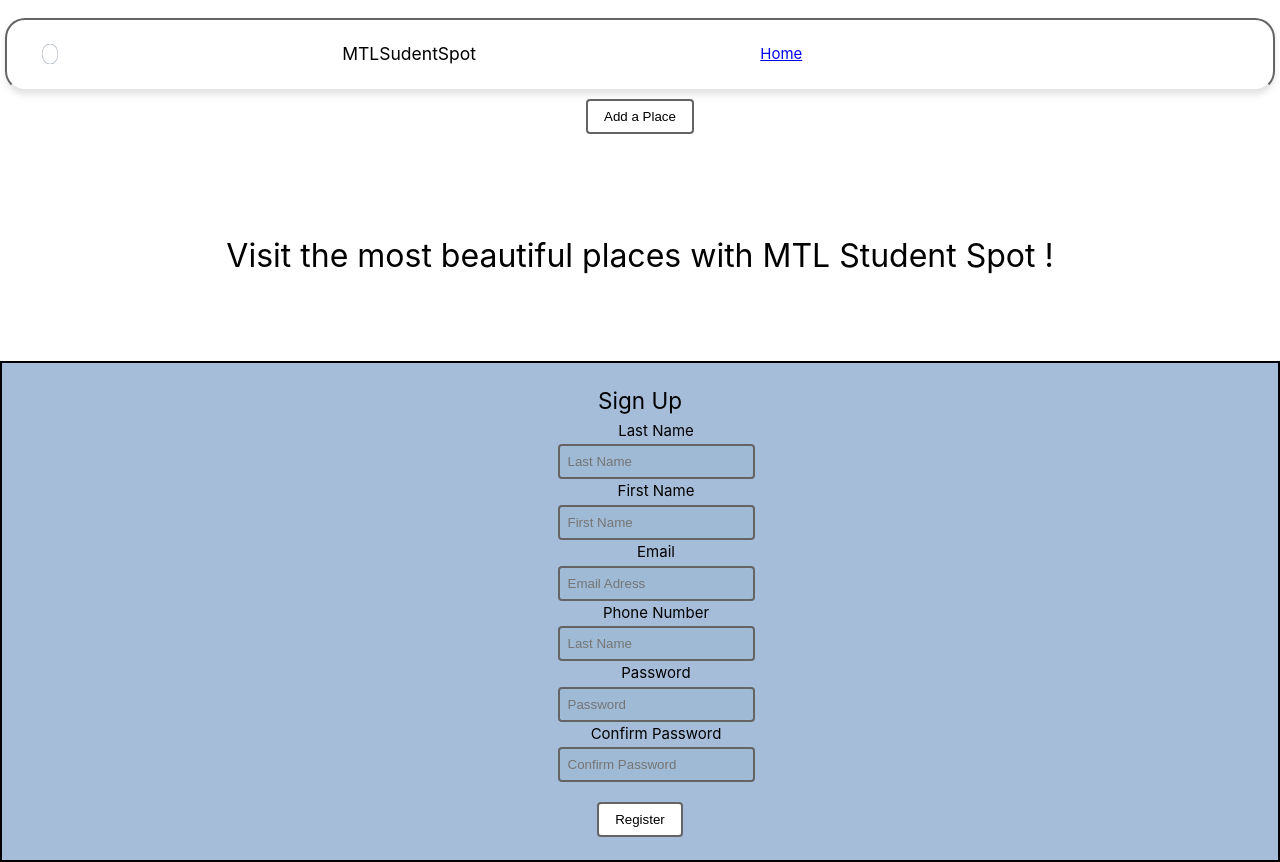
Repository: KevMn6ix/MOD8-2232-GRA-Damois-Leroi--Morant-Munto
Page: /register (app in client/)
These files come from the project's save history. The page is drawn as it stood at one moment and after a run of saves; the edit follows.
The browser window is 1280 px wide. The pictures show the whole page.
The project was rebuilt for these pictures with package versions that can differ from the ones it lists, and the page was loaded fresh each time. Also part of the build but not shown: client/vite.config.js, client/src/components/HelloWorld.vue, client/src/components/Login.vue, client/src/views/LoginPage.vue, client/src/components/RowLandingPage.vue, client/src/components/PlaceItem.vue, client/src/components/PlaceList.vue.

Above is the page before, as saved 2023-10-18 15:09:19.

### client/index.html
<!DOCTYPE html>
<html lang="en">
  <head>
    <meta charset="UTF-8">
    <link rel="icon" href="/favicon.ico">
    <link href="https://cdnjs.cloudflare.com/ajax/libs/font-awesome/5.15.3/css/all.min.css" rel="stylesheet">

    <meta name="viewport" content="width=device-width, initial-scale=1.0">
    <title>Vite App</title>
  </head>
  <body>
    <div id="app"></div>
    <script type="module" src="/src/main.js"></script>
  </body>
</html>

### client/src/assets/main.css
@import './base.css';
/*
#app {
  max-width: 1280px;
  margin: 0 auto;
  padding: 2rem;

  font-weight: normal;
}

a,
.green {
  text-decoration: none;
  color: hsla(160, 100%, 37%, 1);
  transition: 0.4s;
}

@media (hover: hover) {
  a:hover {
    background-color: hsla(160, 100%, 37%, 0.2);
  }
}

@media (min-width: 1024px) {
  body {
    display: flex;
    place-items: center;
  }

  #app {
    display: grid;
    grid-template-columns: 1fr 1fr;
    padding: 0 2rem;
  }
}
*/
@media (prefers-color-scheme: dark) {
  button {
    color:black;
  }
  input {
    color: white;
    background-color: black;
  }
}

### client/src/App.vue
<script setup>
import { RouterLink, RouterView } from 'vue-router'
import HelloWorld from './components/HelloWorld.vue'
</script>

<template >
  <RouterView />

</template>

<style scoped>
template {
  display: flex;
  flex-direction: column;
}

header {
  line-height: 1.5;
  max-height: 100vh;
}

.logo {
  display: block;
  margin: 0 auto 2rem;
}

nav {
  width: 100%;
  font-size: 12px;
  text-align: center;
  margin-top: 2rem;
}

nav a.router-link-exact-active {
  color: var(--color-text);
}

nav a.router-link-exact-active:hover {
  background-color: transparent;
}

nav a {
  display: inline-block;
  padding: 0 1rem;
  border-left: 1px solid var(--color-border);
}

nav a:first-of-type {
  border: 0;
}

@media (min-width: 1024px) {
  header {
    display: flex;
    place-items: center;
    padding-right: calc(var(--section-gap) / 2);
  }

  .logo {
    margin: 0 2rem 0 0;
  }

  header .wrapper {
    display: flex;
    place-items: flex-start;
    flex-wrap: wrap;
  }

  nav {
    text-align: left;
    margin-left: -1rem;
    font-size: 1rem;

    padding: 1rem 0;
    margin-top: 1rem;
  }
}
</style>

### client/src/router/index.js
import { createRouter, createWebHistory } from 'vue-router'
import HomeView from '../views/HomeView.vue'

const router = createRouter({
  history: createWebHistory(import.meta.env.BASE_URL),
  routes: [
    {
      path: '/',
      name: 'home',
      component: HomeView
    },
    {
      path: '/about',
      name: 'about',
      // route level code-splitting
      // this generates a separate chunk (About.[hash].js) for this route
      // which is lazy-loaded when the route is visited.
      component: () => import('../views/AboutView.vue')
    },
    {
      path: '/login',
      name: 'login',

      component: () => import('../views/LoginPage.vue')
    },
    {
      path: '/register',
      name:'register',

      component: () => import('../views/RegisterPage.vue')
    },
    {
      path: '/places/:types',
      name: 'PlacesList',

      component: () => import('../views/PlaceListView.vue')
    },
    {
      path: '/places/review/:id',
      name : 'review',

      component: () => import('../views/PlaceReview.vue')
    },
    {

      path: '/places/:types/:id',
      name: 'PlacePage',

      component: () => import('../views/PlacesPage.vue')

    },
    {
      path: '/places/add',
      name: 'AddPlace',

      component: () => import('../views/AddPageView.vue')
    }
  ]
})

export default router

### client/src/views/HomeView.vue
<script setup>
import { ref } from 'vue'
import NavBar from '../components/NavBar.vue';
import RowLandingPage from '../components/RowLandingPage.vue';
import PlaceList from '../components/PlaceList.vue';
import { RouterLink} from 'vue-router'
import UsePlaceService from '../../server/services/places-service.js';
const userInput = ref('');
const placeService = UsePlaceService();
console.log(placeService.findPlaces())
const tempListPlace = placeService.findPlace()
console.log(tempListPlace)
</script>

<template>
  <header>
    <NavBar @user-input="(termInputed) => {userInput = termInputed;}"/>
  </header>

  <main id="home-body">
    <div v-if="userInput === ''">
    <h1>
      Visit the most beautiful places with MTL<br>Student Spot !
    </h1>
    <ul id="browse">
      <li id="travel"><RouterLink :to="{name : 'PlacesList', params : {types: 'travel'}}"><RowLandingPage textId="travel" textTitle="Travel"/></RouterLink></li>
      <li id="restaurant"><RouterLink :to="{name : 'PlacesList', params : {types: 'restaurants'}}"><RowLandingPage textId="restaurant" textTitle="Restaurant"/></RouterLink></li>
      <li id="activity"><RouterLink :to="{name : 'PlacesList', params : {types: 'activities'}}"><RowLandingPage textId="activity" textTitle="Activity"/></RouterLink></li>
  </ul>
  </div>
  <div v-else id="research">
    <PlaceList :searchTerms="userInput" :placeArray="placeService.findPlaces()"/>
  </div>
  </main>
  <footer>
    <a href="#" aria-label="SoundCloud">
        <i class="footer-icon">🎵</i>  <!-- Emoji used as placeholder for your icons -->
    </a>
    <a href="#" aria-label="Twitter">
        <i class="footer-icon">🐦</i>  <!-- Emoji used as placeholder for your icons -->
    </a>
    <a href="#" aria-label="YouTube">
        <i class="footer-icon">▶️</i>  <!-- Emoji used as placeholder for your icons -->
    </a>
    <a href="#" aria-label="Instagram">
        <i class="footer-icon">📷</i>  <!-- Emoji used as placeholder for your icons -->
    </a>
    <a href="#" aria-label="Facebook">
        <i class="footer-icon">📘</i>  <!-- Emoji used as placeholder for your icons -->
    </a>
  </footer>

</template>
<style scoped>
body, html {
    font-family: Arial, sans-serif;
    margin: 0;
    padding: 0;
}

:root {
    --color-background-header: #9fbad4;
    --color-background-default: #9fbad4;
    --color-background-travel: #a2c4ec;
    --color-background-activity: #9EB3CB;
    --text-color-default: #FFF;
    --border-color-place: #FFF;

}

/* Dark Mode Variables */
@media (prefers-color-scheme: dark) {
    :root {
        --color-background-header: #9fbad4;  /* Adjusted for contrast in dark mode */
        --text-color-default: #FFF;
        --border-color-place: #000;
        /* The blue shades remain the same as you wanted */
    }
}

/* Header styles */
header {
    display: flex;
    justify-content: space-between;
    align-items: center;
    padding: 1rem 2rem;
    background-color: var(--color-background-header);
    color: var(--text-color-default);
    box-shadow: 0 4px 6px rgba(0, 0, 0, 0.1);
    border-bottom: 2px solid rgba(0, 0, 0, 0.1);
}

header > div:last-child {
    display: flex;
    gap: 1rem;

    a, button {
        padding: 0.5rem 1rem;
        border-radius: 0.25rem;
        transition: background-color 0.3s ease;
        text-decoration: none;
    }

    button {
        background-color: var(--color-background-travel);
        color: #FFF;
        border: none;
        cursor: pointer;
    }

    a {
        color: var(--text-color-default);
    }

    button:hover, a:hover {
        background-color: #7faedc;
    }
}

/* Main content styles */
main {

    background-color: var(--color-background-default);
    text-align: center;
    padding: 2rem 0;
    color: var(--text-color-default);
}

#home-body {

    background-image: url('../assets/montrealbynight.jpg');
    background-size: 1520px;
    background-repeat: repeat;
    background-position: 30%;
    position: relative;
    z-index: 1;
}

#home-body::before {
    content: '';
    display: block;
    position: absolute;
    top: 0;
    right: 0;
    bottom: 0;
    left: 0;
    background-color: rgba(2, 7, 16, 0.84);
    z-index: -1;
}

h1 {
    font-size: 2.5rem;
    margin-bottom: 2rem;
    color: white;
}

ul#browse {
    list-style: none;
    padding: 0;
    display: flex;
    flex-direction: column;
    margin: 0;
}

ul#browse li {
  padding: 0;
  margin: 0px;
  border: 8px solid #fff;
  border-right: 4px solid #fff;
  border-left: 4px solid #fff;
  border-bottom: 0px;
  transition: background-color 0.3s ease;
  background-color: rgba(2, 7, 16, 0.84);
  height: 350px;
  background-size: cover;
  display: flex;
  justify-content: center;
  align-items: center;
  font-weight: bold;

}

ul#browse li#activity{

    border-bottom: 8px solid #fff;

}

@media (prefers-color-scheme: dark){

    ul#browse li{

        border: 8px solid #5c5a5a;
        border-right: 4px solid #5c5a5a;
        border-left: 4px solid #5c5a5a;

    }

    ul#browse li#activity{

        border-bottom: 8px solid #5c5a5a;

    }

}

ul#browse li > * {
    color: black;
    font-weight: bold;
    width: 100%;
    text-align: center;
}

#travel > *{
    text-align: left;
}

#restaurant > *{
    text-align: right;
}


#restaurant, #travel, #activity {
    background-size: cover;
    position: relative;
}

#restaurant::before, #travel::before, #activity::before {

    content: "";
    position: absolute;
    top: 0;
    right: 0;
    bottom: 0;
    left: 0;
    background-color: inherit;
    opacity: 0.40;
    pointer-events: none;
}


#restaurant {
    background-image: url('../assets/restaurant.jpg');
    background-color: var(--color-background-default);
    background-position: center;
    justify-content: flex-end;
}

#travel {
    background-image: url('../assets/travel.jpg');
    background-color: var(--color-background-travel);
    background-position: center;
    justify-content: flex-start;
}

#activity {
    background-image: url('../assets/jetski.jpg');
    background-color: var(--color-background-activity);
    background-position: center;
    justify-content: flex-start;

}

/* Add hover effects */
ul#browse li:hover {
    background-color: rgba(0, 0, 0, 0.1);
}

/* Footer styles */
footer {
  z-index: 1000;
    display: flex;
    justify-content: space-around;
    align-items: center;
    bottom: 0;

    left: 0;
    width: 100%;
    background-color: #1a1a1a;
    padding: 10px 0;
}

.footer-icon {
    font-size: 24px;
    color: white;
    transition: 0.3s;
}

footer a:hover .footer-icon {
    color: #A5BDD9;
}

/* Media Queries for screen size */
@media screen and (max-width: 768px) {  /* For tablets */
    header {
        flex-direction: column;
    }

    ul#browse {
        gap: 0.5rem;
    }

    footer {
        flex-wrap: wrap;
    }
}

@media screen and (max-width: 480px) {  /* For mobile phones */
    header > div {
        flex-direction: column;
        gap: 0.5rem;
    }

    h1 {
        font-size: 2rem;
    }

    ul#browse li {
        padding: 0.5rem 0;
    }

    footer {
        flex-direction: column;
    }
}
</style>

### client/src/views/RegisterPage.vue
<script setup>
import Register from '../components/Register.vue'
</script>

<template>
    <Register />
</template>

<style>
</style>

### client/src/components/NavBar.vue
<script setup>
import { ref } from 'vue'
import LoginPage from '../views/LoginPage.vue'
import TheSubHeader from './TheSubHeader.vue';
const emit = defineEmits(['user-input'])
const UserInput = ref('')
function sendUserInput() {
    console.log(UserInput.value)
    emit('user-input', UserInput.value)
}
</script>
/** This component is hte bar at the top of the screen */
<template>
    <nav id="head-bar">
        <img src="../assets/logoMTL.png">
        <h3>
            MTLSudentSpot
        </h3>
        <input type="text" v-model="UserInput" @input="sendUserInput">
        <div>
        <router-link to='/login'>
        <button>
            Log In
        </button>
        </router-link>
        <router-link to="/register">
        <button>
            Sign In
        </button>
        </router-link>
    </div>
    </nav>
    <div id="sub-header">
    <TheSubHeader/></div>
</template>
<style>

:root{

    --color-navbar: #f0f2f5;
    --text-navbar-color-default: #000;
    --color-input: #9fbad4;
    --button-border: #646464;
    --color-button: #fff;
    --button-hover: #7faedc;
}

@media (prefers-color-scheme: dark){

    :root{

        --text-navbar-color-default: #FFF;
        --color-navbar: #211f1f;
        --color-input: #312e2e;
        --button-border: #646464;
        --color-button: #312e2e;
        --button-hover: #646464;

    }

}

nav {
    display: flex;
    justify-content: space-between;
    align-items: center;
    background-color: var(--color-navbar);
    padding: 1rem 2rem;
    box-shadow: 0 4px 6px rgba(0, 0, 0, 0.1);
    border-bottom: 2px solid rgba(0, 0, 0, 0.1);
    border-radius: 20px;
    border: 2px solid var(--button-border);
    margin: 5px;
}

button {
    background-color: var(--color-button);
    color: var(--text-navbar-color-default);
    border: none;
    padding: 0.5rem 1rem;
    border-radius: 0.25rem;
    cursor: pointer;
    transition: background-color 0.3s ease;
    margin: 3px;
    border: 2px solid var(--button-border);
}

button:hover {
    background-color: var(--button-hover);
}

button:visited {
    color: white; /* Set the text color to yellow when the button is active (clicked) */
}

img {
    height: 20px;
    width: 16px;
}

input {
    flex-grow: 3;
    padding: 0.5rem;
    border: none;
    border-radius: 0.25rem;
    background-color: var(--color-input);
    color: var(--text-navbar-color-default);
    border: 2px solid var(--button-border);
    margin: 0 1rem;
}

#sub-header {
    text-align: center;
}
</style>

### client/src/components/BarOutsideHome.vue
<script setup>
import { ref } from 'vue'
import LoginPage from '../views/LoginPage.vue'
import { RouterLink } from 'vue-router';
import TheSubHeader from './TheSubHeader.vue';
const emit = defineEmits(['user-input'])
const UserInput = ref('')
function sendUserInput() {
    console.log(UserInput.value)
    emit('user-input', UserInput.value)
}
</script>
/** This component is the bar at the top of the screen */
<template>
    <nav id="head-bar">
        <img src="../assets/logoMTL.png">
        <h3>
            MTLSudentSpot
        </h3>
        <RouterLink to="/">
            Home
        </RouterLink>
        <div>
        <router-link to='/login'>
        <button>
            Log In
        </button>
        </router-link>
        <router-link to="/register">
        <button>
           Sign In
        </button>
        </router-link>
    </div>
</nav>
    <div id="sub-header">
    <TheSubHeader/></div>
</template>
<style scoped>
nav {
    display: flex;
    justify-content: space-between;
    align-items: center;
    padding: 1rem 2rem;
    background-color: var(--color-background-header);
    color: var(--text-color-default);
    box-shadow: 0 4px 6px rgba(0, 0, 0, 0.1);
    border-bottom: 2px solid rgba(0, 0, 0, 0.1);
}

button {
    background-color: var(--color-background-travel);
    color: #FFF;
    border: none;
    padding: 0.5rem 1rem;
    border-radius: 0.25rem;
    cursor: pointer;
    transition: background-color 0.3s ease;
}

button:hover {
    background-color: #7faedc;
}

img {
    height: 20px;
    width: 16px;
    margin-left: 3px;
}

input {
    flex-grow: 3;
    padding: 0.5rem;
    border: none;
    border-radius: 0.25rem;
    background-color: var(--color-background-default);
    color: var(--text-color-default);
    margin: 0 1rem;
}

#sub-header {
    text-align: center;
}
</style>

### client/src/components/Register.vue
<script>
import { RouterLink } from 'vue-router';
import BarOutsideHome from './BarOutsideHome.vue';
import AuthentificationService from '@/services/AuthentificationService';

export default{
    name: 'RegisterForm',
    data() {
        return {
            last_name: '',
            first_name: '',
            email: '',
            phone_number: '',
            password: '',
            passwordConfirm: ''
        };
    },
    methods: {
        async register () {
            const response = await AuthentificationService.register({
                last_name: this.lastName,
                first_name: this.firstName,
                email: this.email,
                phone_number: this.phoneNumber,
                password: this.password,
                passwordConfirm: this.passwordConfirm
            })
            console.log(response);
        } ,

        handleSubmit() {
            const userData = {
                lastName: this.lastName,
                firstName: this.firstName,
                email: this.email,
                phoneNumber: this.phoneNumber,
                password: this.password,
                passwordConfirm: this.passwordConfirm
            };
            console.log(userData);
            console.log("Registered");
        }
    },
    components: { RouterLink, BarOutsideHome }
}

</script>

<template>
    <header>
       <BarOutsideHome/>
    </header>
    <div class="page-bg">
    <h1>Visit the most beautiful places with MTL Student Spot !</h1>

    <form @submit.prevent="register" >
        <h2>Sign Up</h2>
        <div class="input-pair">
            <label for="">Last Name</label>
            <input type="text" placeholder="Last Name" v-model="lastName" />
        </div>
        <div class="input-pair">
            <label for="">First Name</label>
            <input type="text" placeholder="First Name" v-model="firstName"/>
        </div>
        <div class="input-pair">
            <label for="">Email</label>
            <input type="email" placeholder="Email Adress" v-model="email"/>
        </div>

        <div class="input-pair">
            <label for="">Phone Number</label>
            <input type="tel" placeholder="Last Name" v-model="phoneNumber"/>
        </div>
        <div class="input-pair">
            <label for="">Password</label>
            <input type="password" placeholder="Password" v-model="password">
        </div>
        <div class="input-pair">
            <label for="">Confirm Password</label>
            <input type="password" placeholder="Confirm Password" v-model="passwordConfirm">
        </div>
        <button class="submit" >Register</button>
    </form>
    </div>
</template>

<style scoped>

* {
    color: black;
    @media (prefers-color-scheme: dark) {
        color: white;

    }
}

header {
    padding-top: 1%;
    padding-bottom: 1%;
  @media (prefers-color-scheme: dark) {
    header {
  background-color: #a2c4ec9d;
}
  }
}



.page-bg{
    background-color: #A5BDD9;
    @media (prefers-color-scheme: dark) {
        background-color: #93ABC775;
    }
}

h1{
    padding: 5rem;
    font-size: 2rem;
    text-align: center;
    background-color: white;
    @media (prefers-color-scheme: dark) {
        background-color: black;
    }
}

h2{
    display: flex;
    justify-content: center;
}

form{

    border: 2px solid black;
    padding : 20px;
    display: flex;
    flex-direction: column;
    justify-content: center;
    /*width: 500px;

    height: 500px;
    display: flex;
    flex-direction: column;
    gap: 1rem;*/
}

.input-pair{
    display: flex;
    flex-direction: column;
    align-items: center;
    padding-left: 2rem;
    gap: 0.1rem;
}

.submit{
    margin-top: 1.2rem;
    margin-left: auto;
    margin-right: auto;
    display: block;
}

</style>

### client/src/components/TheSubHeader.vue
<script setup>
import { RouterLink } from 'vue-router';
</script>
<template>
  <RouterLink to="/places/add">
    <button>
       Add a Place
    </button>
  </RouterLink>
</template>
<style scoped>
:root {
  --light-color-background-restaurant: #A5BDD9;
    --light-color-background-travel: #a2c4ec;
    --light-color-background-activity: #9EB3CB;
    --dark-color-background-restaurant: #a2c4ec9d;
    --dark-color-background-travel: #a5bdd971;
    --dark-color-background-activity: #9eb3cb0e;
    --color-background-restaurant: var(--light-color-background-restaurant);
    --color-background-travel: var(--light-color-background-travel);
    --color-background-activity: var(--light-color-background-activity);
    @media (prefers-color-scheme: dark) {
      --color-background-restaurant: var(--dark-color-background-restaurant);
        --color-background-travel: var(--dark-color-background-travel);
        --color-background-activity: var(--dark-color-background-activity);
    }
}
p {
    min-width: 333px;
    text-align: center;
    size: 50%;
    padding: 0;
    margin: 0;
}
</style>

### client/src/services/AuthentificationService.js
import Api from "./Api"

export default {
    register (creditentials) {
        return Api().post('register', creditentials)
    },

    login(creditentials) {
        return Api().post('login', creditentials)
    }
}

// AuthentificationService.register({
//   email: 'testing@gmail.com',
//   password: '123456'
//  })

Loaded but not shown: client/src/main.js (common file); client/src/assets/base.css (common file); client/src/services/Api.js (common file); client/server/services/places-service.js (137 lines, source omitted)

After the next 2 saves:
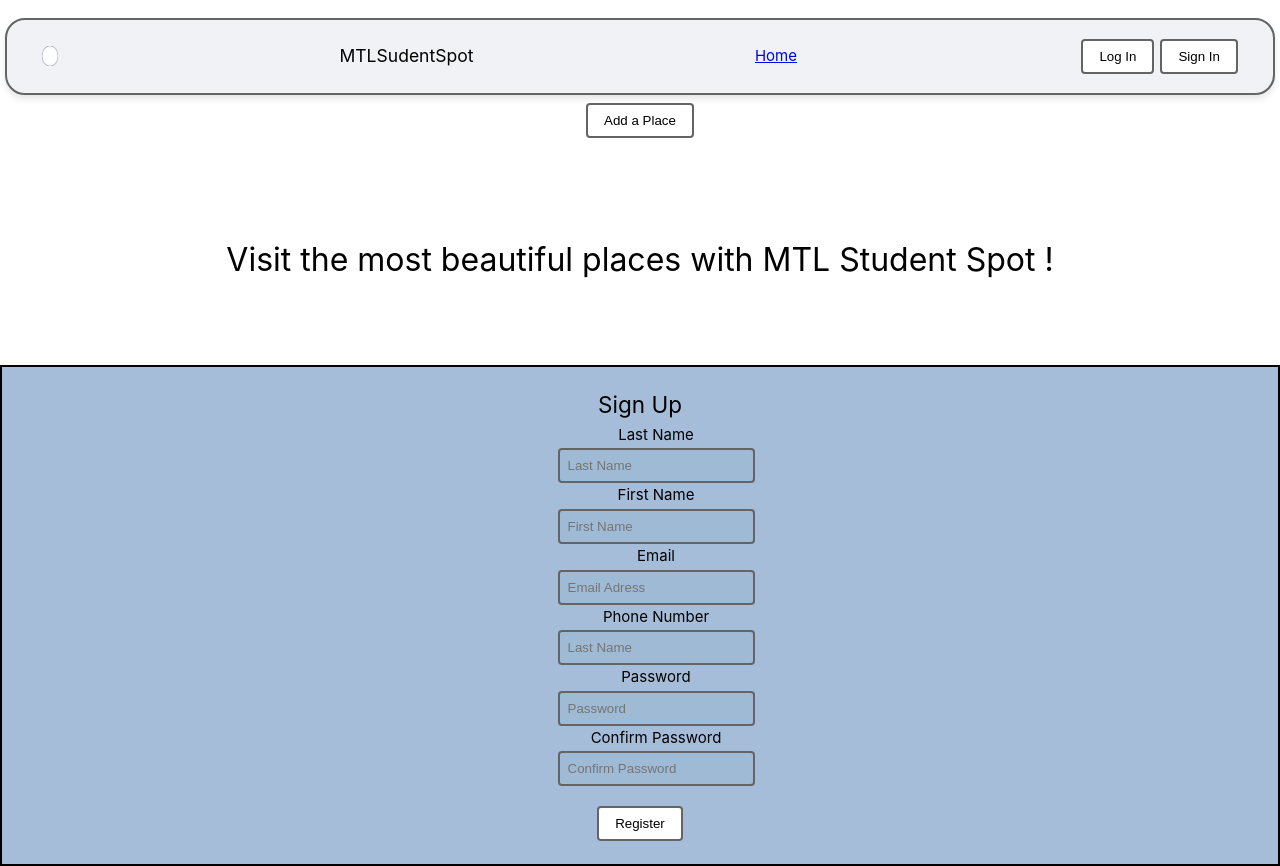
The 2 saves are shown as one change because they came seconds apart.
The last was saved 13 s later.
--- a/client/src/components/BarOutsideHome.vue
+++ b/client/src/components/BarOutsideHome.vue
@@ -33,51 +33,30 @@ function sendUserInput() {
         </router-link>
     </div>
 </nav>
-    <div id="sub-header">
+<div id="sub-header">
     <TheSubHeader/></div>
 </template>
-<style scoped>
+<style>
 nav {
     display: flex;
-    justify-content: space-between;
+    flex-wrap: wrap;
+    justify-content: space-around;
     align-items: center;
-    padding: 1rem 2rem;
-    background-color: var(--color-background-header);
-    color: var(--text-color-default);
-    box-shadow: 0 4px 6px rgba(0, 0, 0, 0.1);
-    border-bottom: 2px solid rgba(0, 0, 0, 0.1);
+    padding: 0;
+    margin: 0;
+    align-items: center;
+    flex-grow: 3;
+    min-width: 178px;
+    gap: 20px;
 }
-
-button {
-    background-color: var(--color-background-travel);
-    color: #FFF;
-    border: none;
-    padding: 0.5rem 1rem;
-    border-radius: 0.25rem;
-    cursor: pointer;
-    transition: background-color 0.3s ease;
-}
-
-button:hover {
-    background-color: #7faedc;
-}
-
 img {
+    margin-left: 3px;
     height: 20px;
     width: 16px;
-    margin-left: 3px;
 }
-
 input {
     flex-grow: 3;
-    padding: 0.5rem;
-    border: none;
-    border-radius: 0.25rem;
-    background-color: var(--color-background-default);
-    color: var(--text-color-default);
-    margin: 0 1rem;
 }
-
 #sub-header {
     text-align: center;
 }
